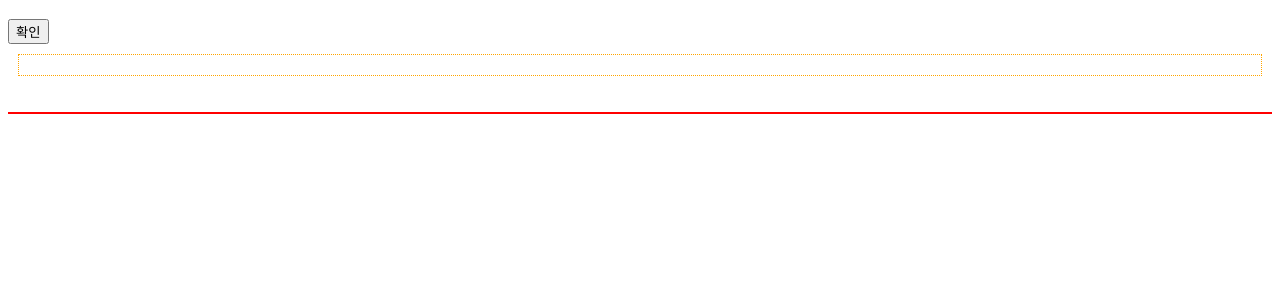
Repository: solsol7/ddit-html
Page: webpro/WebContent/0707/배열메소드.html
The author's editor kept a copy of each file at every save. The page is drawn from the files as they stood at one save, then again after the next save.
The browser window is 1280 px wide. The pictures show the whole page.

Above is the page before, as saved 2023-07-07 07:21:22.

### webpro/WebContent/0707/배열메소드.html
<!DOCTYPE html>
<html>
<head>
<meta charset="UTF-8">
<title>Insert title here</title>
<link rel="stylesheet" href="http://localhost/webpro/css/style.css">
<script>

const arr= ["사과","바나나","복숭아","사과","참외","수박","사과"];
//arr = new Array("사과","바나나","복숭아","사과","참외","수박","사과");
//함수 밖에서 선언했기 때문에 전역객체, const이기 때문에 arr=arr2 이렇게 안됨

function proc1(){
	idx = arr.indexOf("사과");
	alert(idx+"번째")
}

</script>
</head>
<body>
<h3></h3>
<input type="button" value="확인" onclick="proc1()">
<br>
<div class="ddres" id="result1"></div>
<br>
<hr color="red">
</body>
</html>

### webpro/WebContent/css/style.css
@charset "UTF-8";

pre{
	background-color : skyblue;
	font-size : 1.5rem;
}
div.ddres{
  border : 1px dotted orange;
  margin : 10px;
  padding : 10px;
  font-size : 1.3rem;

}

After the next save:
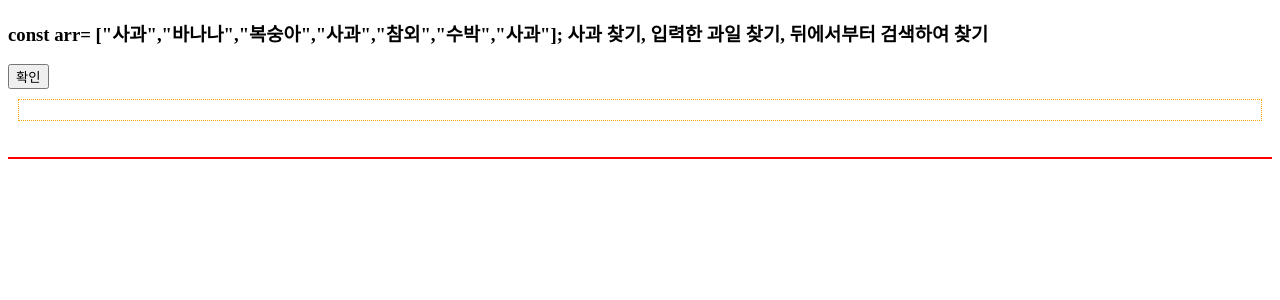
Saved 3 min 37 s later.
--- a/webpro/WebContent/0707/배열메소드.html
+++ b/webpro/WebContent/0707/배열메소드.html
@@ -11,14 +11,17 @@ const arr= ["사과","바나나","복숭아","사과","참외","수박","사과"
 //함수 밖에서 선언했기 때문에 전역객체, const이기 때문에 arr=arr2 이렇게 안됨
 
 function proc1(){
-	idx = arr.indexOf("사과");
+	//idx = arr.indexOf("사과",1);
+	idx = arr.lastIndexOf("사과");
+
 	alert(idx+"번째")
 }
 
 </script>
 </head>
 <body>
-<h3></h3>
+<h3>const arr= ["사과","바나나","복숭아","사과","참외","수박","사과"];
+ 사과 찾기, 입력한 과일 찾기, 뒤에서부터 검색하여 찾기</h3>
 <input type="button" value="확인" onclick="proc1()">
 <br>
 <div class="ddres" id="result1"></div>
